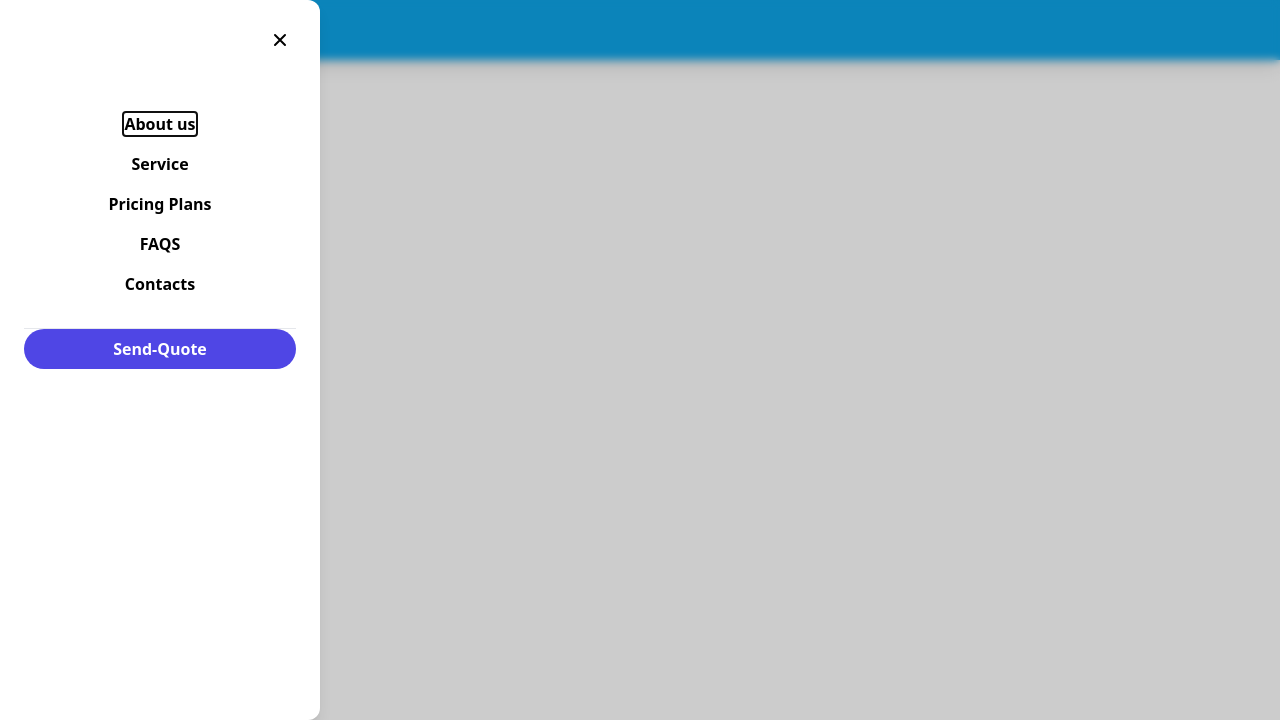
Repository: remydev47/cleanbees
Page: /
The author's editor kept a copy of each file at every save. The page is drawn from the files as they stood at one save, then again after the next save.
The browser window is 1280 px wide. The pictures show the whole page.
The project was rebuilt for these pictures with package versions that can differ from the ones it lists, and the page was loaded fresh each time. The framework's server and built-in components were replaced by stand-ins that run in the browser. Also part of the build but not shown: next.config.js.

Above is the page before, as saved 2022-09-15 19:07:54.

After the next save:
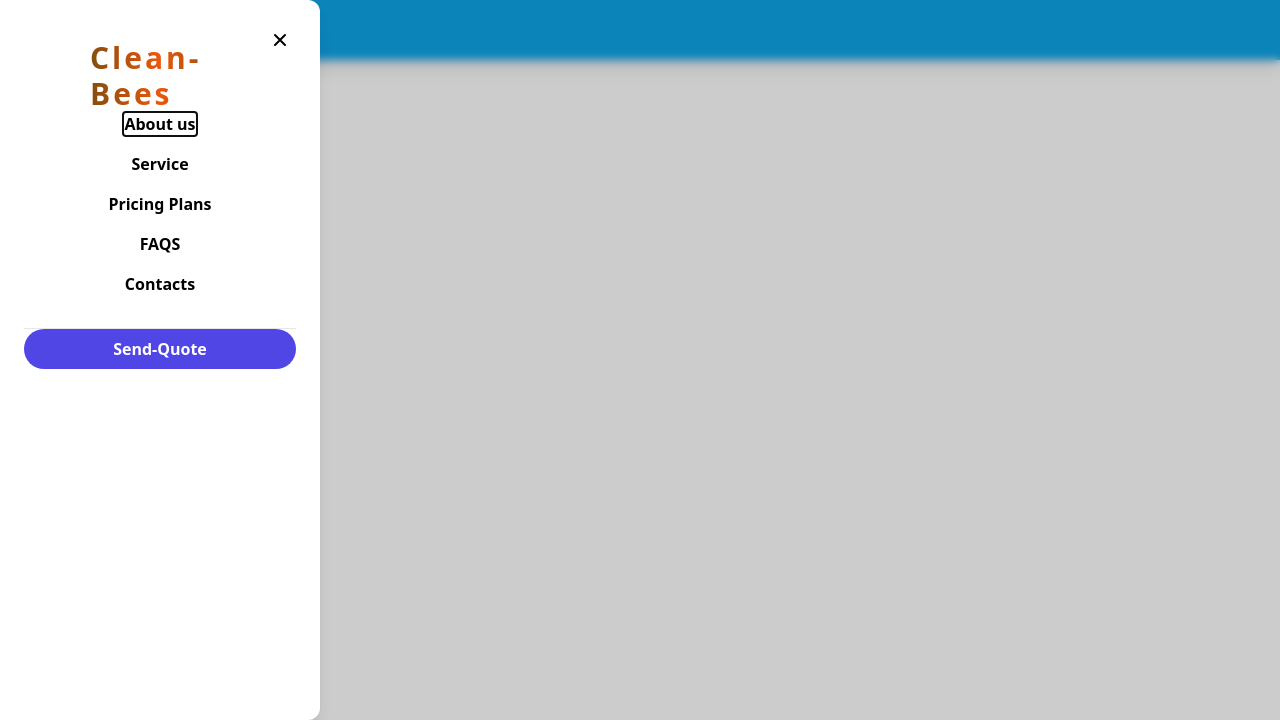
Saved 92 s later.
--- a/components/Logo.tsx
+++ b/components/Logo.tsx
@@ -3,7 +3,7 @@
 
 const Logo  = () => {
   return (
-    <span className={`bg-gradient-to-r text-[#fff] bg-clip-text align-middle text-3xl font-black tracking-widest text-transparent`}>
+    <span className={`bg-gradient-to-r from-yellow-800 via-orange-600 to-yellow-800 bg-clip-text align-middle text-3xl font-black tracking-widest text-transparent`}>
         Clean-Bees
     </span>
   )

After the save that followed:
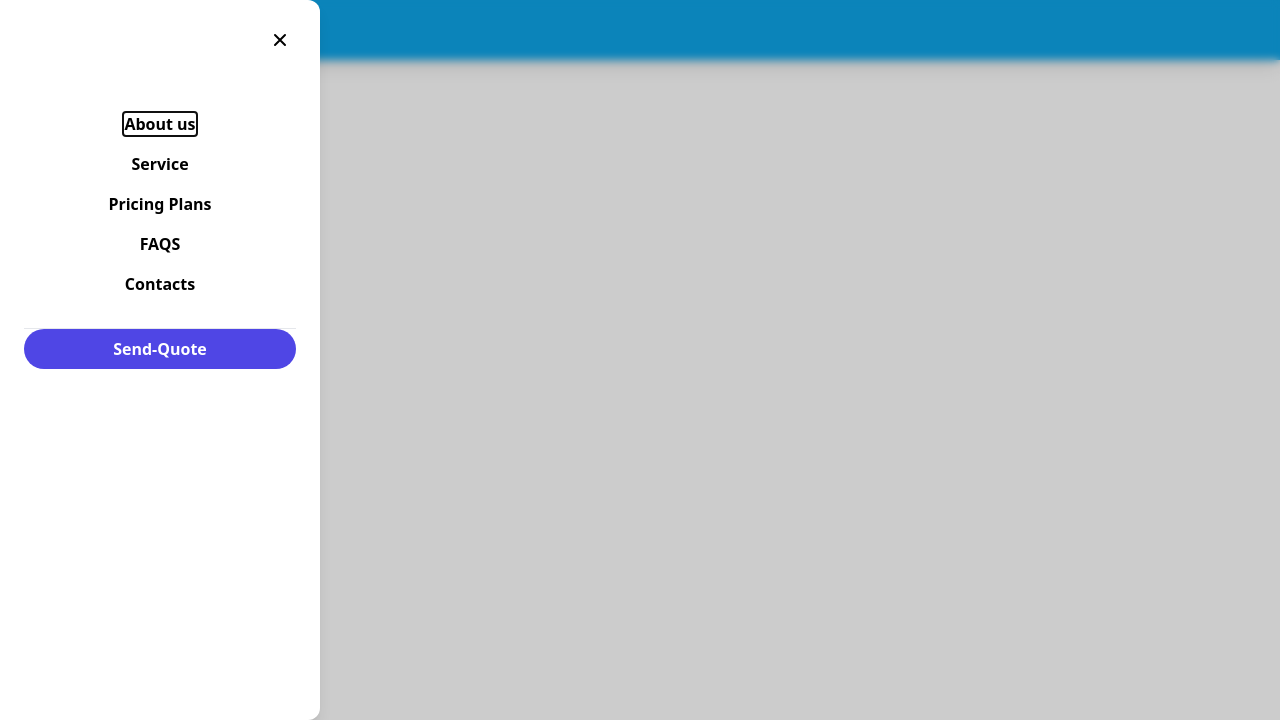
Saved 47 s later.
--- a/components/Logo.tsx
+++ b/components/Logo.tsx
@@ -3,7 +3,7 @@
 
 const Logo  = () => {
   return (
-    <span className={`bg-gradient-to-r from-yellow-800 via-orange-600 to-yellow-800 bg-clip-text align-middle text-3xl font-black tracking-widest text-transparent`}>
+    <span className={`bg-gradient-to-r from-black-800 to-white-800 bg-clip-text align-middle text-3xl font-black tracking-widest text-transparent`}>
         Clean-Bees
     </span>
   )
